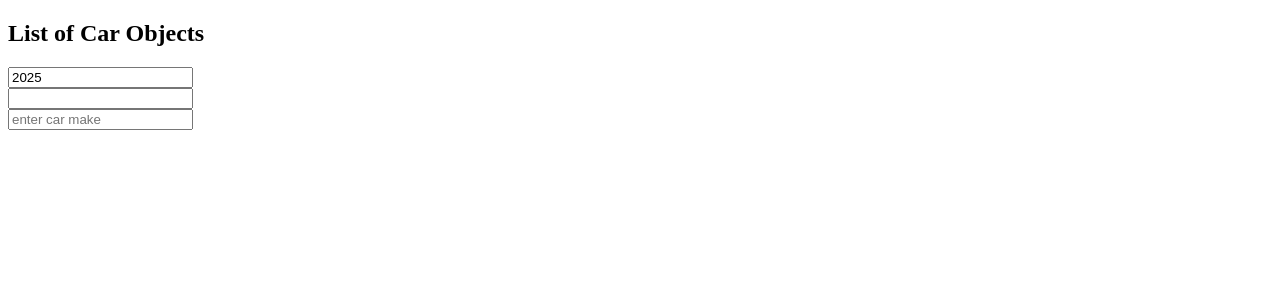
Repository: wakoya-tech/my-react-practice
Page: /
An editor plug-in stored every save of this project. The page is shown before and after the next save, followed by the edit.
The browser window is 1280 px wide. The pictures show the whole page.
The project was rebuilt for these pictures with package versions that can differ from the ones it lists, and the page was loaded fresh each time. Also part of the build but not shown: vite.config.js, src/index.css.

Above is the page before, as saved 2025-10-04 11:12:31.

After the next save:
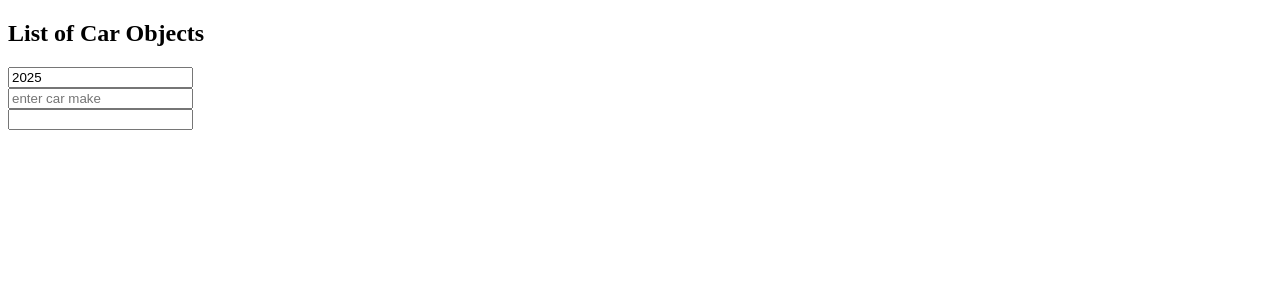
Saved 19 s later.
--- a/src/CarList.jsx
+++ b/src/CarList.jsx
@@ -33,9 +33,9 @@ function CarList(){
     </u>
     <input type="number" value={carYear} onChange={handleYearChange} />
     <br />
-    <input type="text" value={carMake} onChange={handleMakeChange} />
+    <input placeholder="enter car make" type="text" value={carMake} onChange={handleMakeChange} />
     <br />
-    <input placeholder="enter car make" type="number" value={carModel} onChange={handleModelChange} />
+    <input  type="number" value={carModel} onChange={handleModelChange} />
     </>)
 }
 export default CarList
